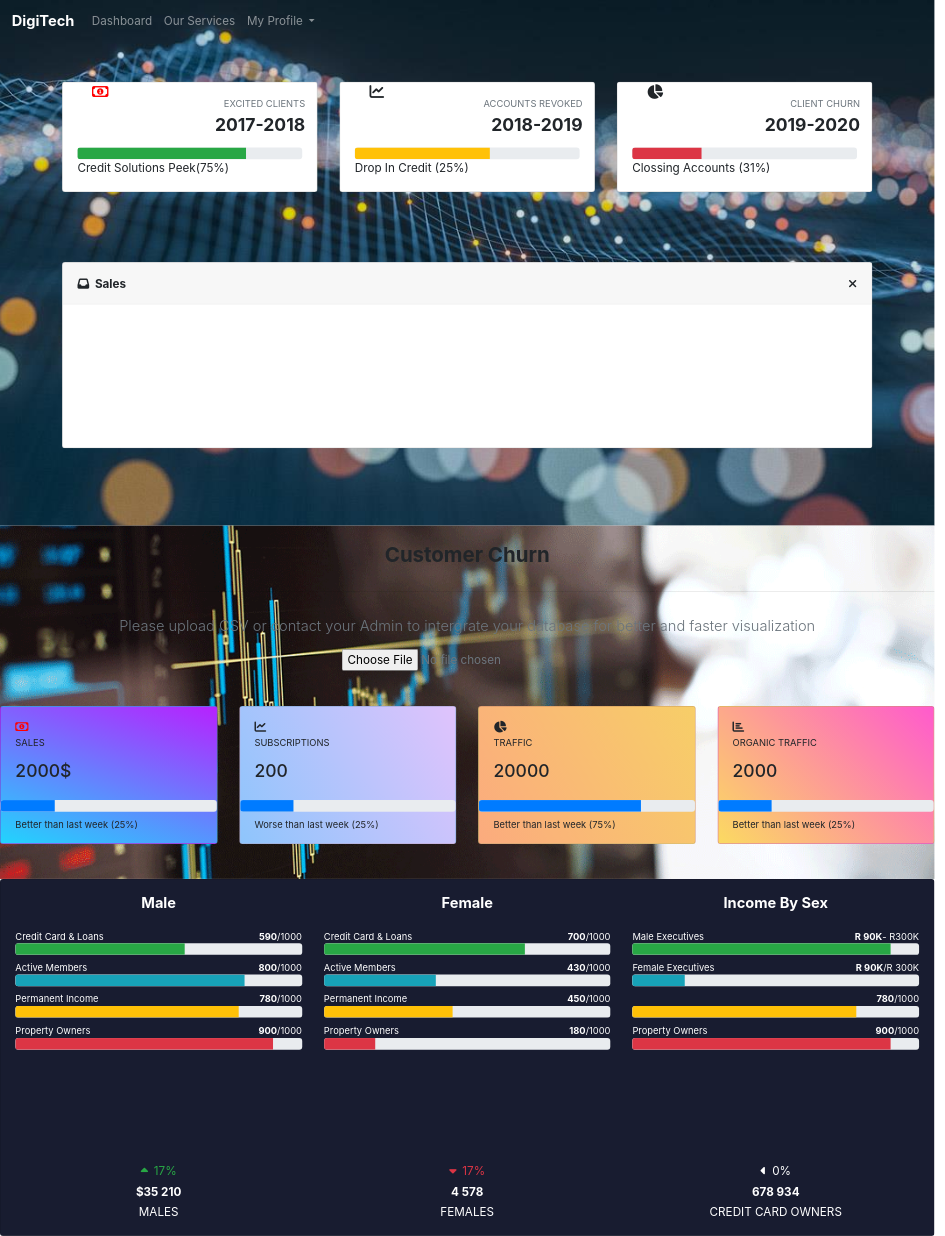
Repository: Tookliin/DigiTech
Page: /data
An editor plug-in stored every save of this project. The page is shown before and after the next save, followed by the edit.
The browser window is 1280 px wide. The page is 1295 px wide, so the pictures cover 1295 px, including what lies to the right of the window. The pictures show the whole page, at 73% of full size.
The project was rebuilt for these pictures with package versions that can differ from the ones it lists, and the page was loaded fresh each time. Also part of the build but not shown: src/components/Dashboard.vue, src/components/Profile.vue, src/components/Error.vue, src/components/Register.vue.

Above is the page before, as saved 2020-07-22 10:39:24.

### src/App.vue
<template>
  <div id="app">
    <main class="">
  <nav class="navbar fixed-top navbar-expand-lg navbar-dark scrolling-navbar">
        <a class="navbar-brand" href="/"><strong>DigiTech</strong></a>
        <button class="navbar-toggler" type="button" data-toggle="collapse" data-target="#navbarSupportedContent" aria-controls="navbarSupportedContent" aria-expanded="false" aria-label="Toggle navigation">
            <span class="navbar-toggler-icon"></span>
        </button>
        <div class="collapse navbar-collapse" id="navbarSupportedContent">
            <ul class="navbar-nav mr-auto">
              <router-link to="/">
              <a class="nav-link">Dashboard <span class="sr-only">(current)</span></a></router-link>

                <router-link to="/profile">
                  <a class="nav-link" >Our Services</a>
                </router-link>


                 <li class="nav-item dropdown">
          <a class="nav-link dropdown-toggle" id="navbarDropdownMenuLink-4" data-toggle="dropdown" aria-haspopup="true"
            aria-expanded="false">
           My Profile
          </a>
          <div class="dropdown-menu dropdown-menu-right dropdown-info" aria-labelledby="navbarDropdownMenuLink-4">
             <router-link to="/data">
             <a class="dropdown-item">Account</a></router-link>

             <router-link to="/register">
             <a class="dropdown-item">Register</a></router-link>

             <router-link to="/logout">
             <a class="dropdown-item">Log out</a></router-link>



            <!-- <a class="dropdown-item" href="/data">Our Clients</a> -->
          </div>
        </li>
            </ul>
        </div>
    </nav>
    </main>
    <router-view/>
  </div>
</template>
<script>
export default {
  name: "App",
  components:{

  },
  data(){
    return{}
  }
}
</script>

### src/assets/css/main.css
html,
body,
header,
.view {
  height: 100%;
}

.navbar {
    background-color: transparent;
}

@media (max-width: 740px) {
  html,
  body,
  header,
  .view {
    height: 1200px;
  }
}
@media (min-width: 800px) and (max-width: 850px) {
  html,
  body,
  header,
  .view {
    height: 700px;
  }
}

.top-nav-collapse {
  background-color: #39448c !important;
}

.navbar:not(.top-nav-collapse) {
  background: transparent !important;
}

@media (max-width: 991px) {
 .navbar:not(.top-nav-collapse) {
  background: #39448c !important;
 }
}

.far{
    color: red;
}

.dashboard{
    background-color: #21D4FD;
background-image: -webkit-linear-gradient(19deg, #21D4FD 0%, #B721FF 100%);
background-image: -moz-linear-gradient(19deg, #21D4FD 0%, #B721FF 100%);
background-image: -o-linear-gradient(19deg, #21D4FD 0%, #B721FF 100%);
background-image: linear-gradient(19deg, #21D4FD 0%, #B721FF 100%);
}

.profile{
background-color: #D9AFD9;
background-image: -webkit-linear-gradient(0deg, #D9AFD9 0%, #97D9E1 100%);
background-image: -moz-linear-gradient(0deg, #D9AFD9 0%, #97D9E1 100%);
background-image: -o-linear-gradient(0deg, #D9AFD9 0%, #97D9E1 100%);
background-image: linear-gradient(0deg, #D9AFD9 0%, #97D9E1 100%);

}


 .data{
    /* background-color: #FAACA8;
background-image: -webkit-linear-gradient(19deg, #FAACA8 0%, #DDD6F3 100%);
background-image: -moz-linear-gradient(19deg, #FAACA8 0%, #DDD6F3 100%);
background-image: -o-linear-gradient(19deg, #FAACA8 0%, #DDD6F3 100%);
background-image: linear-gradient(19deg, #FAACA8 0%, #DDD6F3 100%); */
background-image: url("../images/dsa.jpg");
background-position: center;
background-size: cover;;

 }

 .client-card{
     background-color: #FAACA8;
background-image: -webkit-linear-gradient(19deg, #FAACA8 0%, #DDD6F3 100%);
background-image: -moz-linear-gradient(19deg, #FAACA8 0%, #DDD6F3 100%);
background-image: -o-linear-gradient(19deg, #FAACA8 0%, #DDD6F3 100%);
background-image: linear-gradient(19deg, #FAACA8 0%, #DDD6F3 100%);
 }

 .customer-churn{
     /* background-attachment: fixed; */
     background-image: url("../images/ad.gif");
     background-position: center;
     background-size: cover;;
 }
.sales{
    background-color: #21D4FD;
    background-image: -webkit-linear-gradient(19deg, #21D4FD 0%, #B721FF 100%);
    background-image: -moz-linear-gradient(19deg, #21D4FD 0%, #B721FF 100%);
    background-image: -o-linear-gradient(19deg, #21D4FD 0%, #B721FF 100%);
    background-image: linear-gradient(19deg, #21D4FD 0%, #B721FF 100%);
}

.subscription{
    background-color: #8EC5FC;
    background-image: -webkit-linear-gradient(62deg, #8EC5FC 0%, #E0C3FC 100%);
    background-image: -moz-linear-gradient(62deg, #8EC5FC 0%, #E0C3FC 100%);
    background-image: -o-linear-gradient(62deg, #8EC5FC 0%, #E0C3FC 100%);
    background-image: linear-gradient(62deg, #8EC5FC 0%, #E0C3FC 100%);

}

.traffic{
    background-color: #FBAB7E;
    background-image: -webkit-linear-gradient(62deg, #FBAB7E 0%, #F7CE68 100%);
    background-image: -moz-linear-gradient(62deg, #FBAB7E 0%, #F7CE68 100%);
    background-image: -o-linear-gradient(62deg, #FBAB7E 0%, #F7CE68 100%);
    background-image: linear-gradient(62deg, #FBAB7E 0%, #F7CE68 100%);

}

.organic{
    background-color: #FBDA61;
    background-image: -webkit-linear-gradient(45deg, #FBDA61 0%, #FF5ACD 100%);
    background-image: -moz-linear-gradient(45deg, #FBDA61 0%, #FF5ACD 100%);
    background-image: -o-linear-gradient(45deg, #FBDA61 0%, #FF5ACD 100%);
    background-image: linear-gradient(45deg, #FBDA61 0%, #FF5ACD 100%);

}

### src/components/Organization.vue
<template>

<div class="">
<div class="data" style="height: 100vh;">

<div class="container ">
    <div class="row">
      <div class="col-lg-4 col-md-12 py-5 my-5">
        <div class="card mt-3">

          <div class="">
            <i class="far fa-money-bill-alt fa-lg primary-color z-depth-2 p-4 ml-3 mt-n3 rounded text-black"></i>
            <div class="float-right text-right p-3">
              <p class="text-uppercase text-muted mb-1"><small>Excited Clients</small></p>
              <h4 class="font-weight-bold mb-0">2017-2018</h4>
            </div>
          </div>

          <div class="card-body pt-0">
            <div class="progress md-progress">
              <div class="progress-bar bg-success" role="progressbar" style="width: 75%" aria-valuenow="75" aria-valuemin="0"
                aria-valuemax="100"></div>
            </div>
            <p class="card-text">Credit Solutions Peek(75%)</p>
          </div>
        </div>
      </div>

      <div class="col-lg-4 col-md-6 my-5 py-5">
        <div class="card mt-3">
          <div class="">
            <i class="fas fa-chart-line fa-lg teal z-depth-2 p-4 ml-3 mt-n3 rounded text-black"></i>
            <div class="float-right text-right p-3">
              <p class="text-uppercase text-muted mb-1"><small>Accounts Revoked</small></p>
              <h4 class="font-weight-bold mb-0">2018-2019</h4>
            </div>
          </div>
          <div class="card-body pt-0">
            <div class="progress md-progress">
              <div class="progress-bar bg-warning" role="progressbar" style="width: 60%" aria-valuenow="46" aria-valuemin="0"
                aria-valuemax="100"></div>
            </div>
            <p class="card-text">Drop In Credit (25%)</p>
          </div>
        </div>
      </div>

      <div class="col-lg-4 col-md-6 my-5 py-5">
        <div class="card mt-3">
          <div class="">
            <i class="fas fa-chart-pie fa-lg purple z-depth-2 p-4 ml-3 mt-n3 rounded text-black"></i>
            <div class="float-right text-right p-3">
              <p class="text-uppercase text-muted mb-1"><small>Client Churn</small></p>
              <h4 class="font-weight-bold mb-0">2019-2020</h4>
            </div>
          </div>
          <div class="card-body pt-0">
            <div class="progress md-progress">
              <div class="progress-bar bg-danger" role="progressbar" style="width: 31%" aria-valuenow="31" aria-valuemin="0"
                aria-valuemax="100"></div>
            </div>
            <p class="card-text">Clossing Accounts (31%)</p>
          </div>
        </div>
      </div>
    </div>


    <!-- Client Behaviour -->
 <!-- <section>
      <div class=" client-card card">
        <div class="card-body mr-md-1">
          <div class="row mb-3">
            <div class="col-md-8 mb-4">
              <canvas id="barChart" height="100"></canvas>
            </div>
            <div class="col-md-4 mb-1 mb-md-0">
              <h5 class="text-center font-weight-bold mb-4">E-commerce data</h5>
              <div class="d-flex justify-content-between">
                <small class="text-muted">Add products to cart</small>
                <small><span><strong>160</strong></span>/<span></span>200</small>
              </div>
              <div class="progress md-progress">
                <div class="progress-bar bg-success" role="progressbar" style="width: 55%" aria-valuenow="55"
                  aria-valuemin="0" aria-valuemax="100"></div>
              </div>
              <div class="d-flex justify-content-between">
                <small class="text-muted">Complete Purchase</small>
                <small><span><strong>310</strong></span>/<span></span>400</small>
              </div>
              <div class="progress md-progress">
                <div class="progress-bar bg-info" role="progressbar" style="width: 80%" aria-valuenow="80"
                  aria-valuemin="0" aria-valuemax="100"></div>
              </div>
              <div class="d-flex justify-content-between">
                <small class="text-muted">Visit Premium Page</small>
                <small><span><strong>480</strong></span>/<span></span>800</small>
              </div>
              <div class="progress md-progress">
                <div class="progress-bar bg-warning" role="progressbar" style="width: 45%" aria-valuenow="45"
                  aria-valuemin="0" aria-valuemax="100"></div>
              </div>
              <div class="d-flex justify-content-between">
                <small class="text-muted">Send Inquiries</small>
                <small><span><strong>250</strong></span>/<span></span>500</small>
              </div>
              <div class="progress md-progress">
                <div class="progress-bar bg-danger" role="progressbar" style="width: 100%" aria-valuenow="100"
                  aria-valuemin="0" aria-valuemax="100"></div>
              </div>
            </div>
          </div>
          <div class="row text-center">
            <div class="col-md-4 mb-4 mb-md-0">
              <p class="text-success mb-1"><i class="fas fa-caret-up mr-2"></i>17%</p>
              <p class="font-weight-bold mb-1">$35 210</p>
              <p class="text-uppercase mb-md-0">Sales</p>
            </div>
            <div class="col-md-4 mb-4 mb-md-0">
              <p class="text-danger mb-1"><i class="fas fa-caret-down mr-2"></i>17%</p>
              <p class="font-weight-bold mb-1">4 578</p>
              <p class="text-uppercase mb-md-0">Subscriptions</p>
            </div>
            <div class="col-md-4 mb-0">
              <p class="text-dark mb-1"><i class="fas fa-caret-left mr-2"></i>0%</p>
              <p class="font-weight-bold mb-1">678 934</p>
              <p class="text-uppercase mb-0">Traffic</p>
            </div>
          </div>
        </div>
      </div>
    </section> -->

      <section>

    <div class="card card-list">
      <div class="card-header white d-flex justify-content-between align-items-center py-3">
        <p class="h5-responsive font-weight-bold mb-0"><i class="fas fa-inbox pr-2"></i>Sales</p>
        <p class="h5-responsive font-weight-bold mb-0"><a><i class="fas fa-times"></i></a></p>
      </div>
      <div class="card-body">
        <canvas id="lineChart"></canvas>
      </div>
    </div>

  </section>
    </div>
    </div>

<!-- Customer Churn -->
<section class=" customer-churn py-4">

    <h3 class="font-weight-bold text-center dark-grey-text pb-2">
        Customer Churn</h3>
    <hr class="w-header my-4">
    <p class="lead text-center text-muted pt-2 mb-3">Please upload CSV or contact your Admin to intergrate your database for better and faster visualization

    </p>
    <div class="text-center text-muted mb-5">
        <input type="file" name="form" id="form">
        <a class="primary-color"></a>
    </div>


    <div class="row white-text">
      <div class="col-xl-3 col-md-6 mb-4">
        <div class="sales card classic-admin-card primary-color">
          <div class="card-body py-3">
            <i class="far fa-money-bill-alt"></i>
            <p class="small">SALES</p>
            <h4>2000$</h4>
          </div>
          <div class="progress md-progress">
            <div class="progress-bar grey darken-3" role="progressbar" style="width: 25%" aria-valuenow="25" aria-valuemin="0" aria-valuemax="100"></div>
          </div>
          <div class="card-body pt-2 pb-3">
            <p class="small mb-0">Better than last week (25%)</p>
          </div>
        </div>
      </div>

      <div class="col-xl-3 col-md-6 mb-4">
        <div class="subscription card classic-admin-card warning-color">
          <div class="card-body py-3">
            <i class="fas fa-chart-line"></i>
            <p class="small">SUBSCRIPTIONS</p>
            <h4>200</h4>
          </div>
          <div class="progress md-progress">
            <div class="progress-bar bg grey darken-3" role="progressbar" style="width: 25%" aria-valuenow="25" aria-valuemin="0" aria-valuemax="100"></div>
          </div>
          <div class="card-body pt-2 pb-3">
            <p class="small mb-0">Worse than last week (25%)</p>
          </div>
        </div>
      </div>

      <div class="col-xl-3 col-md-6 mb-4">
        <div class="traffic card classic-admin-card light-blue lighten-1">
          <div class="card-body py-3">
            <i class="fas fa-chart-pie"></i>
            <p class="small">TRAFFIC</p>
            <h4>20000</h4>
          </div>
          <div class="progress md-progress">
            <div class="progress-bar grey darken-3" role="progressbar" style="width: 75%" aria-valuenow="75" aria-valuemin="0" aria-valuemax="100"></div>
          </div>
          <div class="card-body pt-2 pb-3">
            <p class="small mb-0">Better than last week (75%)</p>
          </div>
        </div>
      </div>

      <div class="col-xl-3 col-md-6 mb-4">
        <div class="organic card classic-admin-card red accent-2">
          <div class="card-body py-3">
            <i class="fas fa-chart-bar"></i>
            <p class="small">ORGANIC TRAFFIC</p>
            <h4>2000</h4>
          </div>
          <div class="progress md-progress">
            <div class="progress-bar grey darken-3" role="progressbar" style="width: 25%" aria-valuenow="25" aria-valuemin="0" aria-valuemax="100"></div>
          </div>
          <div class="card-body pt-2 pb-3">
            <p class="small mb-0">Better than last week (25%)</p>
          </div>
        </div>
      </div>
    </div>
  </section>


   <section>

    <div class="card" style="background-color: #181C30;">
      <div class="card-body">

        <div class="row">
        <div class="col-md-4 mb-4">

          <h5 class="text-center text-white font-weight-bold mb-4">Male</h5>

          <div class="d-flex justify-content-between">
            <small class="text-white">Credit Card & Loans</small>
            <small class="text-white"><span><strong>590</strong></span>/<span></span>1000</small>
          </div>

          <div class="progress md-progress">
            <div class="progress-bar bg-success" role="progressbar" style="width: 59%"
        ></div>
          </div>

        <div class="d-flex justify-content-between mt-2">
            <small class="text-white">Active Members</small>
            <small class="text-white"><span><strong>800</strong></span>/<span></span>1000</small>
          </div>
          <div class="progress md-progress">
            <div class="progress-bar bg-info" role="progressbar" style="width: 80%"
            ></div>
          </div>

          <div class="d-flex justify-content-between mt-2">
            <small class="text-white">Permanent Income</small>
            <small class="text-white"><span><strong>780</strong></span>/<span></span>1000</small>
          </div>
          <div class="progress md-progress">
            <div class="progress-bar bg-warning" role="progressbar" style="width: 78%" ></div>
          </div>

          <div class="d-flex justify-content-between mt-2">
            <small class="text-white">Property Owners</small>
            <small class="text-white"><span><strong>900</strong></span>/<span></span>1000</small>
          </div>
          <div class="progress md-progress">
            <div class="progress-bar bg-danger" role="progressbar" style="width: 90%" ></div>
          </div>
        </div>


      <div class="col-md-4 mb-4">
          <h5 class="text-center text-white font-weight-bold mb-4">Female</h5>

          <div class="d-flex justify-content-between">
            <small class="text-white">Credit Card & Loans</small>
            <small class="text-white"><span><strong>700</strong></span>/<span></span>1000</small>
          </div>

          <div class="progress md-progress">
            <div class="progress-bar bg-success" role="progressbar" style="width: 70%"
        ></div>
          </div>

        <div class="d-flex justify-content-between mt-2">
            <small class="text-white">Active Members</small>
            <small class="text-white"><span><strong>430</strong></span>/<span></span>1000</small>
          </div>
          <div class="progress md-progress">
            <div class="progress-bar bg-info" role="progressbar" style="width: 39%"
            ></div>
          </div>

          <div class="d-flex justify-content-between mt-2">
            <small class="text-white">Permanent Income</small>
            <small class="text-white"><span><strong>450</strong></span>/<span></span>1000</small>
          </div>
          <div class="progress md-progress">
            <div class="progress-bar bg-warning" role="progressbar" style="width: 45%" ></div>
          </div>

          <div class="d-flex justify-content-between mt-2">
            <small class="text-white">Property Owners</small>
            <small class="text-white"><span><strong>180</strong></span>/<span></span>1000</small>
          </div>
          <div class="progress md-progress">
            <div class="progress-bar bg-danger" role="progressbar" style="width: 18%" ></div>
          </div>
        </div>



        <div class="col-md-4 mb-4">
          <h5 class="text-center text-white font-weight-bold mb-4">Income By Sex</h5>

          <div class="d-flex justify-content-between">
            <small class="text-white">Male Executives</small>
            <small class="text-white"><span><strong>R 90K</strong></span>-<span></span> R300K</small>
          </div>

          <div class="progress md-progress">
            <div class="progress-bar bg-success" role="progressbar" style="width: 90%"
        ></div>
          </div>

        <div class="d-flex justify-content-between mt-2">
            <small class="text-white">Female Executives</small>
            <small class="text-white"><span><strong>R 90K</strong></span>/<span></span>R 300K</small>
          </div>
          <div class="progress md-progress">
            <div class="progress-bar bg-info" role="progressbar" style="width: 18.2%"
            ></div>
          </div>

          <div class="d-flex justify-content-between mt-2">
            <small class="text-white"></small>
            <small class="text-white"><span><strong>780</strong></span>/<span></span>1000</small>
          </div>
          <div class="progress md-progress">
            <div class="progress-bar bg-warning" role="progressbar" style="width: 78%" ></div>
          </div>

          <div class="d-flex justify-content-between mt-2">
            <small class="text-white">Property Owners</small>
            <small class="text-white"><span><strong>900</strong></span>/<span></span>1000</small>
          </div>
          <div class="progress md-progress">
            <div class="progress-bar bg-danger" role="progressbar" style="width: 90%" ></div>
          </div>
        </div>
      </div>

        <canvas id="lineChart" class="mb-4" height="100"></canvas>
        <div class="row text-center text-white">
          <div class="col-md-4 mb-4 mb-md-0">
            <p class="text-success mb-1"><i class="fas fa-caret-up mr-2"></i>17%</p>
            <p class="font-weight-bold mb-1">$35 210</p>
            <p class="text-uppercase mb-md-0">Males</p>
          </div>

          <div class="col-md-4 mb-4 mb-md-0">
            <p class="text-danger mb-1"><i class="fas fa-caret-down mr-2"></i>17%</p>
            <p class="font-weight-bold mb-1">4 578</p>
            <p class="text-uppercase mb-md-0">Females</p>
          </div>

          <div class="col-md-4 mb-0">
            <p class="text-grey mb-1"><i class="fas fa-caret-left mr-2"></i>0%</p>
            <p class="font-weight-bold mb-1">678 934</p>
            <p class="text-uppercase mb-0">Credit Card Owners</p>
          </div>
        </div>
      </div>
    </div>
  </section>
    </div>
</template>
<script>
export default {
    name: 'Profile',
    props:{


    }, data() {
        return {
            male: 8137,
            labels: ["Red", "Blue", "Yellow", "Green", "Purple", "Orange"],




        }
    },
    mounted() {

    this.ctxB = document.getElementById("barChart").getContext('2d');
    this.myBarChart =  {
      type: 'bar',
      data: {
        labels: ["Red", "Blue", "Yellow", "Green", "Purple", "Orange"],
        datasets: [{
          label: '# of Votes',
          data: [12, 19, 3, 5, 2, 3],
          backgroundColor: [
            'rgba(255, 99, 132, 0.2)',
            'rgba(54, 162, 235, 0.2)',
            'rgba(255, 206, 86, 0.2)',
            'rgba(75, 192, 192, 0.2)',
            'rgba(153, 102, 255, 0.2)',
            'rgba(255, 159, 64, 0.2)'
          ],
          borderColor: [
            'rgba(255,99,132,1)',
            'rgba(54, 162, 235, 1)',
            'rgba(255, 206, 86, 1)',
            'rgba(75, 192, 192, 1)',
            'rgba(153, 102, 255, 1)',
            'rgba(255, 159, 64, 1)'
          ],
          borderWidth: 1
        }]
      },
      options: {
        scales: {
          yAxes: [{
            ticks: {
              beginAtZero: true
            }
          }]
        }
      }
    };
    },
    methods: {

    },
}
</script>

Loaded but not shown: public/index.html (common file); src/main.js (35 lines, source omitted)

After the next save:
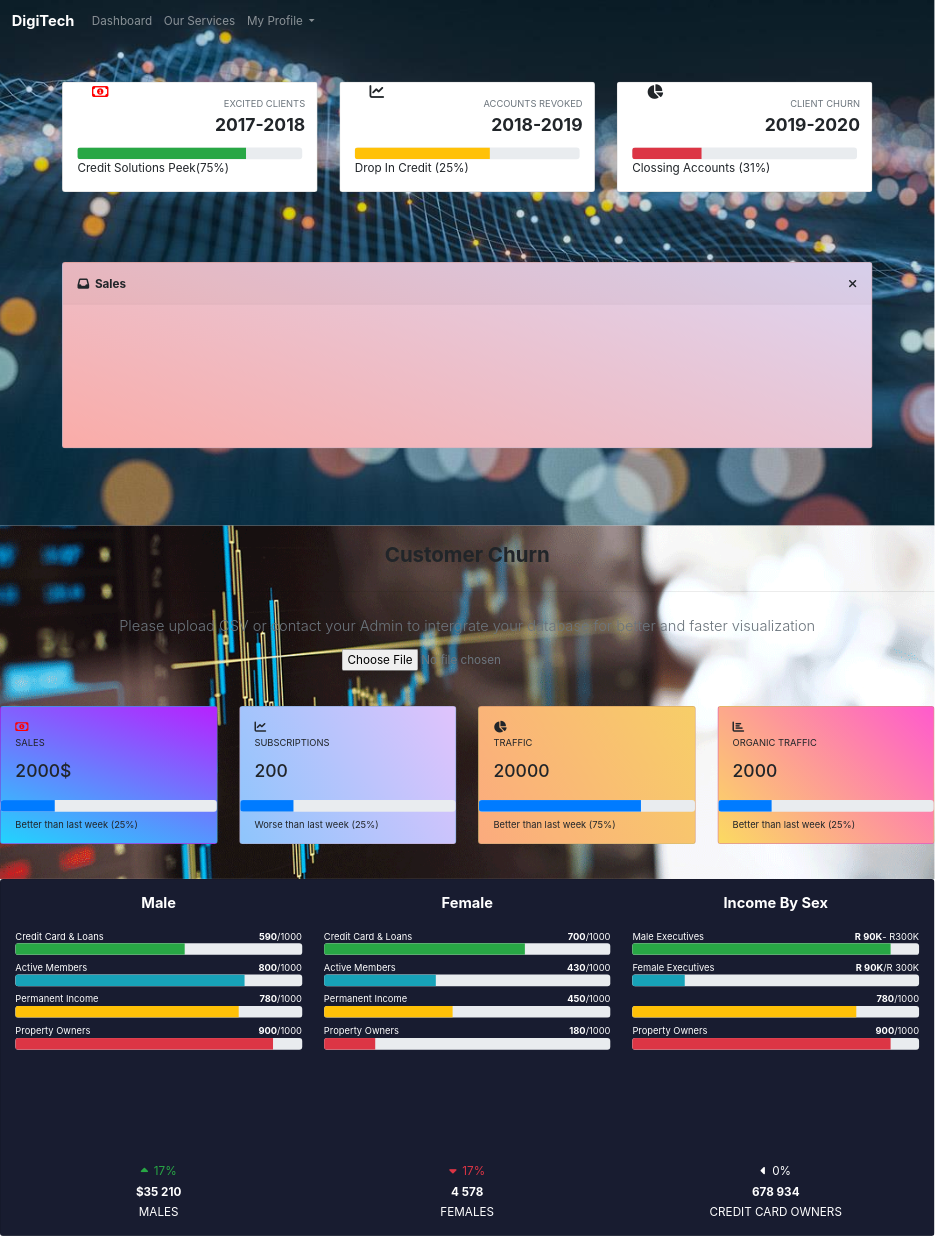
Saved 20 s later.
--- a/src/components/Organization.vue
+++ b/src/components/Organization.vue
@@ -133,7 +133,7 @@
 
       <section>
 
-    <div class="card card-list">
+    <div class="client-card card card-list">
       <div class="card-header white d-flex justify-content-between align-items-center py-3">
         <p class="h5-responsive font-weight-bold mb-0"><i class="fas fa-inbox pr-2"></i>Sales</p>
         <p class="h5-responsive font-weight-bold mb-0"><a><i class="fas fa-times"></i></a></p>
